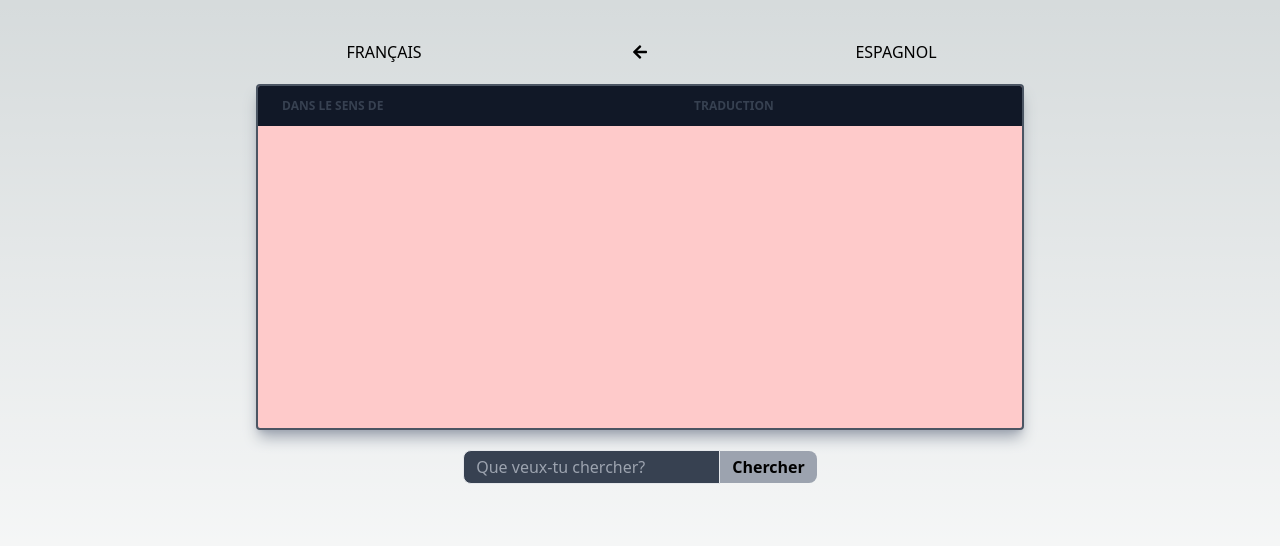
Repository: All-Khwarizmi/Dico
Page: /
The author's editor kept a copy of each file at every save. The page is drawn from the files as they stood at one save, then again after the next save.
The browser window is 1280 px wide. The pictures show the whole page.
The project was rebuilt for these pictures with package versions that can differ from the ones it lists, and the page was loaded fresh each time. The framework's server and built-in components were replaced by stand-ins that run in the browser. Also part of the build but not shown: next.config.js, vite.config.ts.

Above is the page before, as saved 2023-02-17 18:33:26.

### src/app/page.tsx
'use client';
import Image from 'next/image';
import { Inter } from '@next/font/google';
import { FaArrowLeft } from 'react-icons/fa';
import { BsArrowRight } from 'react-icons/bs';
import { FaArrowRight } from 'react-icons/fa';
import EspModal from '@/components/EspModal';
import DicoModal from '@/components/DicoModal';

const inter = Inter({ subsets: ['latin'] });
import parse from 'html-react-parser';
import { useState } from 'react';
import Link from 'next/link';

type Trad = {
  source: string;
  target: string;
};
type Translations = Array<Trad>;
interface TranslationsFetch {
  translations: Array<Trad>;
}
export default function Home() {
  const [word, setWord] = useState<string>('');
  const [isFr, setIsFR] = useState<Boolean>(false);
  const [translations, setTranslations] = useState<Translations>([]);

  const submitWord = (e: React.FormEvent<HTMLFormElement>) => {
    e.preventDefault();
    let check = word.split(' ').length;
    console.log('Submitting', check);
    if (check > 1) {
      return window.alert('1 mot à la fois');
    }
    if (isFr) return fetchDico(word).catch((err) => console.log(err));
    fetchDicoEsp(word).catch((err) => console.log(err));
  };

  const inputWord = (e: React.ChangeEvent<HTMLInputElement>) => {
    return setWord(e.target.value);
  };

  const fetchDico = async (word: string): Promise<void> => {
    console.log('Fetching..');
    const url = 'https://dico-ochre.vercel.app/api/dico';
    const options: RequestInit = {
      method: 'POST',
      headers: {
        'Content-Type': 'text/plain;charset=UTF-8',
      },
      body: JSON.stringify(word),
    };
    const res = await fetch(url, options);
    // eslint-disable-next-line @typescript-eslint/no-unsafe-assignment
    const data = await res.json();
    console.log('Data: ', data);
    // eslint-disable-next-line @typescript-eslint/no-unsafe-assignment
    const { translations }: TranslationsFetch = data;
    setTranslations(translations);
    setWord('');
  };
  const fetchDicoEsp = async (word: string): Promise<void> => {
    console.log('Fetching..');
    const url = 'https://dico-ochre.vercel.app/api/esp';
    const options: RequestInit = {
      method: 'POST',
      headers: {
        'Content-Type': 'text/plain;charset=UTF-8',
      },
      body: JSON.stringify(word),
    };
    const res = await fetch(url, options);
    // eslint-disable-next-line @typescript-eslint/no-unsafe-assignment
    const data = await res.json();
    console.log('Data: ', data);
    // eslint-disable-next-line @typescript-eslint/no-unsafe-assignment
    const { translations }: TranslationsFetch = data;
    setTranslations(translations);
    setWord('');
  };
  return (
    <main className='h-screen w-screen'>
      <div className='grid place-items-center pt-5 '>
        {isFr ? (
          <div className='grid w-[60%] grid-cols-3  place-items-center  '>
            <button onClick={() => setIsFR(!isFr)}>
              <h1 className='py-5 text-center uppercase text-1xl'>Français</h1>
            </button>
            <button onClick={() => setIsFR(!isFr)}>
              <FaArrowRight />
            </button>
            <button onClick={() => setIsFR(!isFr)}>
              <h1 className='py-5 text-center uppercase text-1xl'>Espagnol</h1>
            </button>
          </div>
        ) : (
          <div className='grid w-[60%] grid-cols-3  place-items-center  '>
            <button onClick={() => setIsFR(!isFr)}>
              <h1 className='py-5 text-center uppercase text-1xl'>Français</h1>
            </button>
            <button onClick={() => setIsFR(!isFr)}>
              <FaArrowLeft />
            </button>
            <button onClick={() => setIsFR(!isFr)}>
              <h1 className='py-5 text-center uppercase text-1xl'>Espagnol</h1>
            </button>
          </div>
        )}
      </div>
      <div className='flex h-[80%] flex-col  items-center gap-5'>
        <div className=' h-[60%] max-h-[80%] w-[60%] overflow-scroll rounded border-2 border-solid border-gray-600 shadow-lg shadow-gray-400 bg-red-200'>
          <div className='text-black '>
            <div className=''>
              <table className='  relative w-full text-left text-sm text-gray-500 dark:text-gray-400'>
                <thead className='  sticky top-0 bg-gray-900 text-xs uppercase text-gray-700 '>
                  <tr>
                    <th scope='col' className='px-6 dark:text-white py-3 '>
                      Dans le sens de
                    </th>
                    <th scope='col' className='px-6 dark:text-white py-3 '>
                      Traduction
                    </th>
                  </tr>
                </thead>
                <tbody className='bg-gray-800'>
                  {translations?.map((trad: Trad, index) => {
                    return (
                      <tr
                        className='border-b bg-white dark:border-gray-700 dark:bg-gray-800'
                        key={index}
                      >
                        <td className='px-6 py-4'> {parse(trad?.source)}</td>
                        <th
                          scope='row'
                          className='whitespace-nowrap px-6 py-4 font-medium text-gray-900 dark:text-white'
                        >
                          {parse(trad?.target)}
                        </th>
                      </tr>
                    );
                  })}
                </tbody>
              </table>
            </div>
          </div>
        </div>
        <form className='text-black' onSubmit={(e) => submitWord(e)}>
          <input
            onChange={(event) => inputWord(event)}
            value={word}
            placeholder='Que veux-tu chercher?'
            className='rounded-lg border dark:text-white border-1 bg-gray-700 rounded-r-none px-3 py-1'
            type='text'
            name='word'
            id='word'
          />
          <button
            className='rounded-lg rounded-l-none bg-gray-400 dark:text-white font-bold dark:bg-purple-900 px-3 py-1 dark:py-1.5'
            type='submit'
          >
            Chercher
          </button>
        </form>
      </div>
    </main>
  );
}

Loaded but not shown: src/app/layout.tsx (common file); src/app/globals.css (common file); tailwind.config.js (common file)

After the next save:
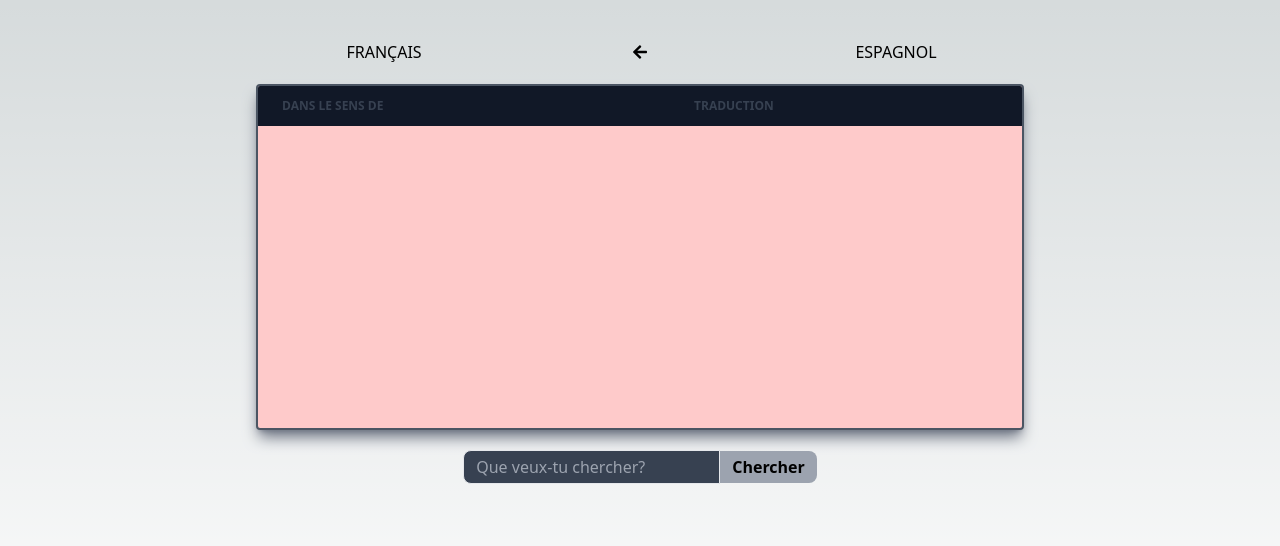
Saved 6 s later.
--- a/src/app/page.tsx
+++ b/src/app/page.tsx
@@ -108,7 +108,7 @@ export default function Home() {
         )}
       </div>
       <div className='flex h-[80%] flex-col  items-center gap-5'>
-        <div className=' h-[60%] max-h-[80%] w-[60%] overflow-scroll rounded border-2 border-solid border-gray-600 shadow-lg shadow-gray-400 bg-red-200'>
+        <div className=' h-[60%] max-h-[80%] w-[60%] overflow-scroll rounded border-2 border-solid border-gray-600 shadow-lg shadow-gray-500 bg-red-200'>
           <div className='text-black '>
             <div className=''>
               <table className='  relative w-full text-left text-sm text-gray-500 dark:text-gray-400'>
